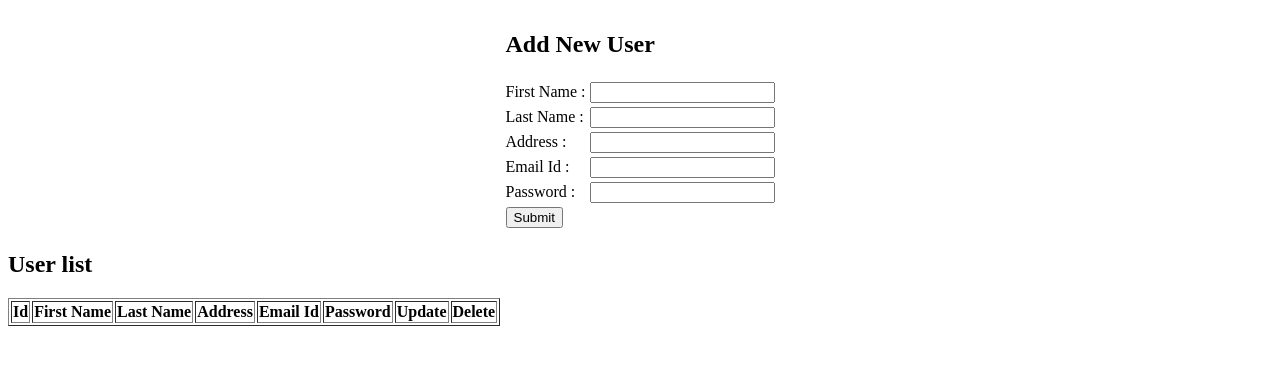
Repository: anilyadav87/CRUD-APPLICATION-TTT-
Page: http://localhost/SpringForm/WEB-INF/views/index.jsp
The author's editor kept a copy of each file at every save. The page is drawn from the files as they stood at one save, then again after the next save.
The browser window is 1280 px wide. The pictures show the whole page.
The page is served by Tomcat 9. Nobody is signed in. The template is opened directly, without the code that normally fills it, so the values that code supplies are empty.

Above is the page before, as saved 2018-06-13 05:14:03.

After the next save:
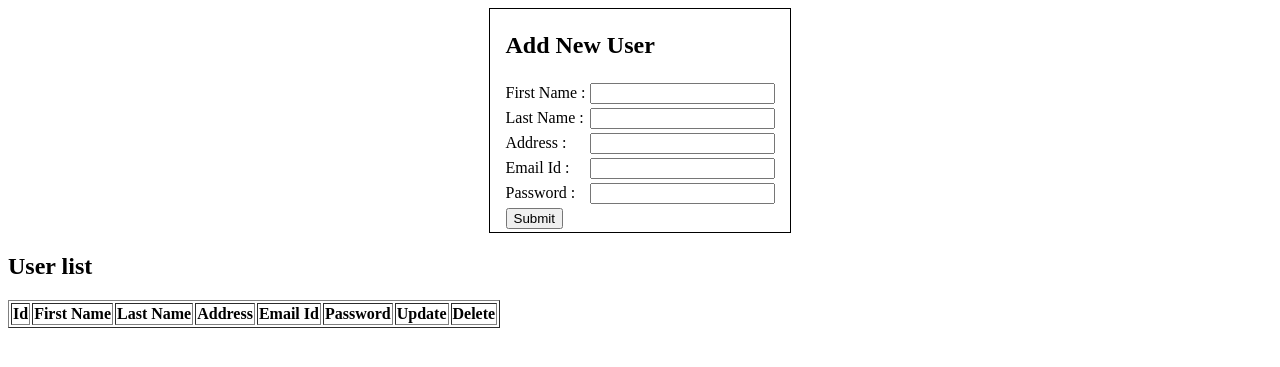
Saved 30 s later.
--- a/projects_Hibernate_Spring/SpringForm/src/main/webapp/WEB-INF/views/index.jsp
+++ b/projects_Hibernate_Spring/SpringForm/src/main/webapp/WEB-INF/views/index.jsp
@@ -52,7 +52,7 @@
 <c:url value="updateuser" var="update"></c:url>
 <form:form action="${update}" modelAttribute="user">
 <center>
-<div>
+<div style="border:1px solid black;width:300px">
 <table>
 	<tr>
 		<td colspan="2"><h2>Add New User</h2>
